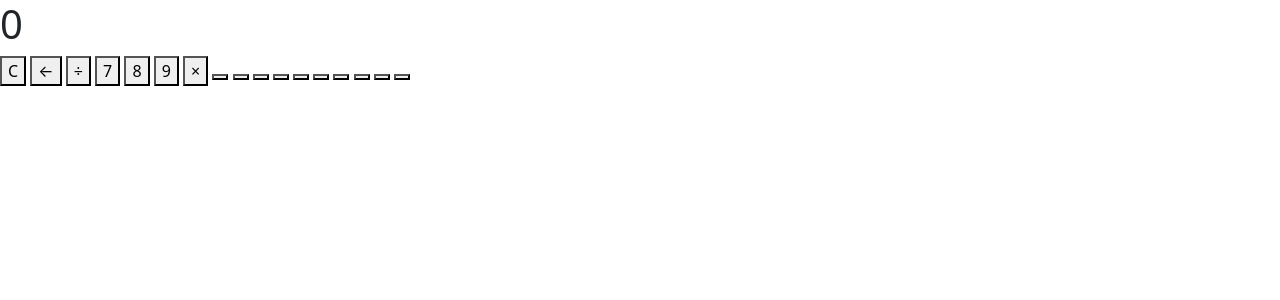
Repository: jgramirez0210/LAB-calculator
Page: index.html
These files come from the project's save history. The page is drawn as it stood at one moment and after a run of saves; the edit follows.
The browser window is 1280 px wide. The pictures show the whole page.

Above is the page before, as saved 2023-10-10 20:04:43.

### index.html
<!DOCTYPE html>
<html lang="en">
<head>
  <meta charset="UTF-8">
  <meta name="viewport" content="width=device-width, initial-scale=1.0">
  <title>Calculator</title>
  <link href="https://cdn.jsdelivr.net/npm/bootstrap@5.3.2/dist/css/bootstrap.min.css" rel="stylesheet" integrity="sha384-T3c6CoIi6uLrA9TneNEoa7RxnatzjcDSCmG1MXxSR1GAsXEV/Dwwykc2MPK8M2HN" crossorigin="anonymous">
  <link rel="stylesheet" href="main.css">
</head>
<body>
  <div class="Calculator-wrapper"></div>
  <h1>0</h1>
  <button id="clear-btn">C</button>
  <button id="back-btn">←</button>
  <button id="divide-btn">÷</button>
  <button id="7">7</button>
  <button id="8">8</button>
  <button id="9">9</button>
  <button id="multiply">×</button>
  <button id=""></button>
  <button id=""></button>
  <button id=""></button>
  <button id=""></button>
  <button id=""></button>
  <button id=""></button>
  <button id=""></button>
  <button id=""></button>
  <button id=""></button>
  <button id=""></button>
  <script src="https://cdn.jsdelivr.net/npm/bootstrap@5.3.2/dist/js/bootstrap.bundle.min.js" integrity="sha384-C6RzsynM9kWDrMNeT87bh95OGNyZPhcTNXj1NW7RuBCsyN/o0jlpcV8Qyq46cDfL" crossorigin="anonymous"></script>
  <script src="main.js"></script>
</body>
</html>

### main.js
console.log("testeroo")

Loaded but not shown: main.css (no stored copy; drawn as an empty file)

After the next 4 saves:
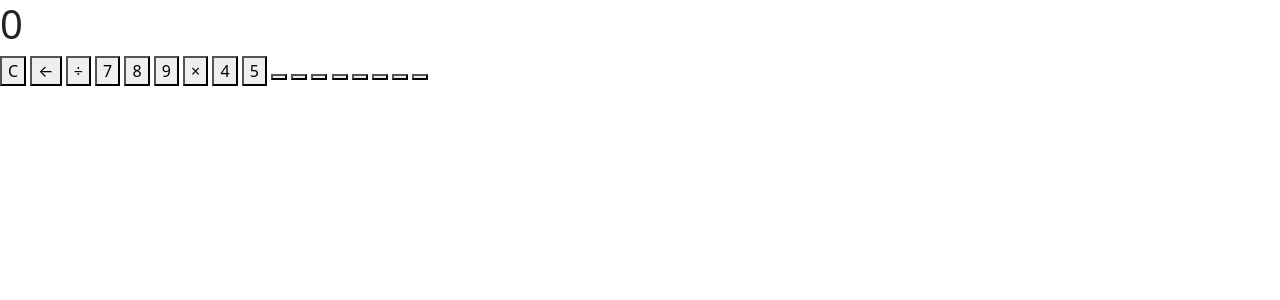
The 4 saves are shown as one change because they came seconds apart.
The last was saved 10 s later.
--- a/index.html
+++ b/index.html
@@ -17,8 +17,8 @@
   <button id="8">8</button>
   <button id="9">9</button>
   <button id="multiply">×</button>
-  <button id=""></button>
-  <button id=""></button>
+  <button id="4">4</button>
+  <button id="5">5</button>
   <button id=""></button>
   <button id=""></button>
   <button id=""></button>
